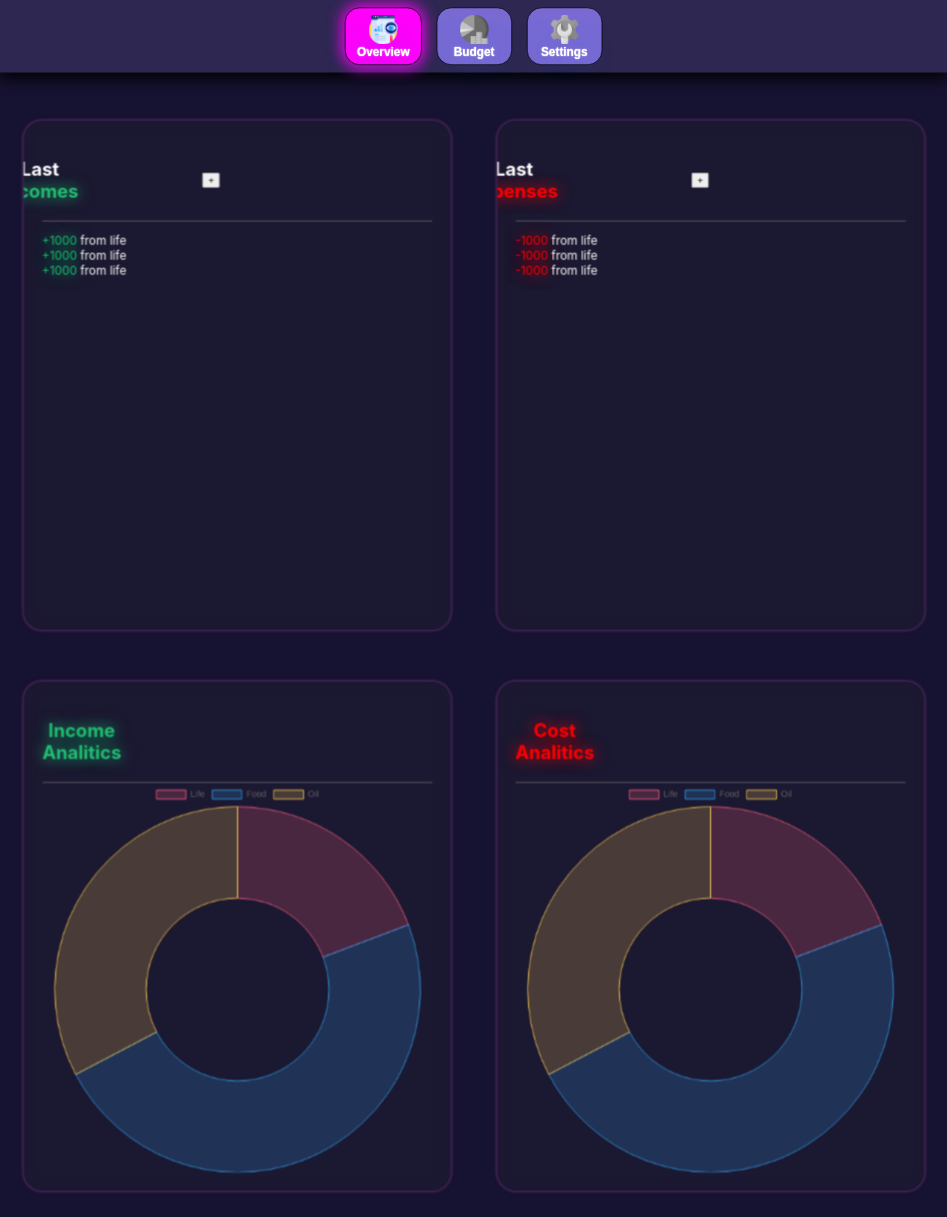
Repository: Minkeani/Money-Manager
Page: /Overview
An editor plug-in stored every save of this project. The page is shown before and after the next save, followed by the edit.
The browser window is 1280 px wide. The pictures show the whole page, at 74% of full size.
The project was rebuilt for these pictures with package versions that can differ from the ones it lists, and the page was loaded fresh each time. Also part of the build but not shown: src/components/Budget/Budget.module.css, src/components/Budget/Budget.jsx, src/components/Settings/Settings.jsx, src/components/NotFound/NotFound.module.css, src/components/NotFound/NotFound.jsx.

Above is the page before, as saved 2022-07-17 18:28:15.

### src/index.js
import React from 'react';
import ReactDOM from 'react-dom/client';
import './styles/index.css'
import App from './App';

const root = ReactDOM.createRoot(document.getElementById('root'));
root.render(
    <App />
);

### src/styles/index.css
:root {
  --color-theme: #161231;
	--color-white: #fff;
	--color-black: #000;
	--color-dark-gray: #10100e;
	--color-yellow: #ffff00;
	--color-blue: #6884fb;
	--color-red: #f75d83;
	--font-bold: 600;
	--color-violet: #ae72c2;
	--text-shadow-yellow:
		0 0 2px var(--color-white),
		0 0 40px var(--color-blue);

	--spacing-medium: 20px;

	--spacing-small: 10px;

	--spacing-ultra-small: 5px;

	--spacing-large: 30px;

	--font-family-main: sans-serif;

	--border-radius-small: 3px;

	--border-radius-medium: 5px;

	--margin-list: 7px;

	--font-size-main: 16px;

	--font-size-header: 26px;

	--font-size-subheader: 18px;

	/* Theme */
	--theme-light-header: #dfe2df;

	--theme-dark-header: #ca6ca6;

	--theme-neitral-header: #cccc46;

	--theme-default-header: var(--theme-neitral-header);

	--transition: .4s;

	--theme-light-bg-img: linear-gradient(to top, #b7b7b7, #a396b0, #9a72a0, #984986, #960062);

	--theme-dark-bg-img:  linear-gradient(to top, #6a2b60, #532143, #3b192b, #221118, #000000);

	--width-max: 1200px

}
body {
  margin: 0;
	padding: 0;
	background-color: var(--color-theme);
  font-family: -apple-system, BlinkMacSystemFont, 'Segoe UI', 'Roboto', 'Oxygen',
    'Ubuntu', 'Cantarell', 'Fira Sans', 'Droid Sans', 'Helvetica Neue',
    sans-serif;
  -webkit-font-smoothing: antialiased;
  -moz-osx-font-smoothing: grayscale;
}

code {
  font-family: source-code-pro, Menlo, Monaco, Consolas, 'Courier New',
    monospace;
}

### src/App.js
import styles from './App.module.css';
import Header from './components/Header/Header';
import RoutesConfig from './routes/RoutesConfig';
import { Routes, Route, BrowserRouter, Router } from 'react-router-dom';

function App() {
  return (
    <div className={styles.App}>
      <BrowserRouter>
        <div className={styles.wrapper}>
          <Header/>
            <Routes>
              {RoutesConfig.map((route, index) => (
                <Route
                  key={index}
                  exact={route.exact}
                  element={<route.element/>}
                  path={route.path}
                />
              ))}
            </Routes>
        </div>
      </BrowserRouter>
    </div>
  );
}

export default App;

### src/App.module.css
.App {
  text-align: center;
  display: flex;
  justify-content: center;
  align-items: center;
  margin: 0 auto;
}

.App-logo {
  height: 40vmin;
  pointer-events: none;
}

.wrapper {
  width: 100%;
}

@media (prefers-reduced-motion: no-preference) {
  .App-logo {
    animation: App-logo-spin infinite 20s linear;
  }
}

.App-header {
  background-color: #282c34;
  min-height: 100vh;
  display: flex;
  flex-direction: column;
  align-items: center;
  justify-content: center;
  font-size: calc(10px + 2vmin);
  color: white;
}

.App-link {
  color: #61dafb;
}

@keyframes App-logo-spin {
  from {
    transform: rotate(0deg);
  }
  to {
    transform: rotate(360deg);
  }
}

### src/components/Header/Header.jsx
import React, {useState} from 'react'
import styles from './Header.module.scss'
import { Link } from 'react-router-dom';
import Budget from '../../icons/budget.svg'
import overview from '../../icons/Overview.svg'
import settings from '../../icons/settings.svg'
import { motion } from "framer-motion";


export default function Header() {
  const [active, setActive] = useState(1)

  const HeaderAnimation = {
    hidden: {
      y: 100,
      opacity: 0
    },
    visible: custom => ({
      y: 0,
      opacity: 1,
      transition: {delay: custom * 0.2}
    })
  };


  return (
    <motion.div
      initial="hidden"
      whileInView="visible"
      viewport={{ amount: 0.3, once: true }}
      variants={HeaderAnimation}
      className={styles.container}>
    <ul className={styles.list__container}>
        <li
          onClick={() => setActive(1)}
          className={active === 1 ? styles.active : ''}
        >
            <Link to='/Overview' exact='true' >
                 <img src={overview} alt="" />
                Overview</Link>
        </li>
        <li
          onClick={() => setActive(2)}
          className={active === 2 ? styles.active : ''}
          >
            <Link to='/Budget' exact='true' >
               <img src={Budget} alt="" />
              Budget</Link></li>
        <li
           onClick={() => setActive(3)}
           className={active === 3 ? styles.active : ''}
          >
            <Link to="/Settings" exact='true'>
              <img src={settings} alt="" />
              Settings</Link></li>
    </ul>

    </motion.div>
  )
}

### src/routes/RoutesConfig.js
import Budget from "../components/Budget/Budget"
import Overview from "../components/Overview/Overview"
import Settings from "../components/Settings/Settings"
import NotFound from "../components/NotFound/NotFound"

const RoutesConfig = [
    {
        path: '/Budget',
        exact: true,
        element: Budget
    },
    {
        path: '/Overview',
        exact: true,
        element: Overview
    },
    {
        path: '/Settings',
        exact: true,
        element: Settings
    }, {
        path: '/NotFound',
        exact: true,
        element: NotFound
    },

]

export default RoutesConfig

### src/components/Header/Header.module.scss
.container {
    display: flex;
    align-items: center;
    justify-content: center;
    margin-bottom: var(--spacing-large);
    background-color: #2d2751;
    width: 100%;
    box-shadow: 0px 7px 20px 2px ;
}
.list__container {
    display: flex;
    flex-wrap: wrap;
    margin: 0;
    padding: 0;
    list-style-type: none;
}

.list__container li {
    background-color: #7869d3;
    flex-direction: column;
    border: 1px solid black;
    margin: 10px;
    border-radius: 20px;
    cursor: pointer
}

.list__container li:hover {
    background-color: #dd6edb;

}



.list__container a {
    display: flex;
    align-items: center;
    flex-direction: column;
    margin: 0 10px;
    padding: 5px 3px;
    min-width: 70px;
    border: 2px solid transparent;
    border-radius: var(--border-radius-small);
    color: var(--color-white);
    text-align: center;
    font-family: var(--font-family-main);
    text-decoration: none;
    font-weight: var(--font-bold);
    text-shadow: var(--text-shadow-yellow);
    transition: var(--transition);
}

.list__container .active {
    background-color: #ff00fa;
    box-shadow: 0 0 20px 3px #ff00fa;
     img {
        filter: grayscale(0);
    }

}



.list__container img {
    height: 2.5rem;
    margin: 0.1375rem;
    width: 2.5rem;
    filter: grayscale(1);
}
.list__container :global(a.active) {
    border: 2px solid var(--color-violet);
    color: var(--color-violet);
    text-shadow: none;
}

.logo {
    width: 60px;
    height: 60px;
    margin-right: var(--spacing-large);
    object-fit: cover;
    object-position: center center;
}

@media (max-width: 365px) {
    .list__container a {
        min-width: 65px;
    }
  }

### src/components/Overview/Overview.jsx
import React from 'react'
import OverviewBlock from '../OverviewBlocks/OverviewBlock/OverviewBlock'
import styles from './Overview.module.css'
import Charts from '../OverviewBlocks/OverviewCharts/Charts'

// const [blocks, setBlocks] = useState([
//   {type: 'Incomes', sign: '+', classes: 'money', array:  [{money: 1000, category: 'life'}, {money: 1000, category: 'life'}, {money: 1000, category: 'life'}]},
//   {type: 'Expenses', sign: '-', classes: 'Remoney', array:  [{money: 1000, category: 'life'}, {money: 1000, category: 'life'}, {money: 1000, category: 'life'}]}
// ])

export const data = [ {
  labels: ['Life', 'Food', 'Oil'],
  type: 'Incomes',
  Analitic: 'Income',
  sign: '+',
  classes: 'money',
  datasets: [
    {
      label: '# of Votes',
      data: [1000, 2500, 1700],
      backgroundColor: [
        'rgba(255, 99, 132, 0.2)',
        'rgba(54, 162, 235, 0.2)',
        'rgba(255, 206, 86, 0.2)',
        'rgba(75, 192, 192, 0.2)',
        'rgba(153, 102, 255, 0.2)',
        'rgba(255, 159, 64, 0.2)',
      ],
      borderColor: [
        'rgba(255, 99, 132, 1)',
        'rgba(54, 162, 235, 1)',
        'rgba(255, 206, 86, 1)',
        'rgba(75, 192, 192, 1)',
        'rgba(153, 102, 255, 1)',
        'rgba(255, 159, 64, 1)',
      ],
      borderWidth: 1,
    },
  ],
},
{
  labels: ['Life', 'Food', 'Oil'],
  type: 'Expenses',
  Analitic: 'Сost',
  sign: '-',
  classes: 'Remoney',
  datasets: [
    {
      label: '# of Votes',
      data: [1000, 2500, 1700],
      backgroundColor: [
        'rgba(255, 99, 132, 0.2)',
        'rgba(54, 162, 235, 0.2)',
        'rgba(255, 206, 86, 0.2)',
        'rgba(75, 192, 192, 0.2)',
        'rgba(153, 102, 255, 0.2)',
        'rgba(255, 159, 64, 0.2)',
      ],
      borderColor: [
        'rgba(255, 99, 132, 1)',
        'rgba(54, 162, 235, 1)',
        'rgba(255, 206, 86, 1)',
        'rgba(75, 192, 192, 1)',
        'rgba(153, 102, 255, 1)',
        'rgba(255, 159, 64, 1)',
      ],
      borderWidth: 1,
    },
  ],
}
]

export default function Overview() {
  return (
    <div className={styles.container}>
      <OverviewBlock/>
      <Charts/>
    </div>
  )
}

### src/components/OverviewBlocks/OverviewBlock/OverviewBlock.jsx
import React, {useState} from 'react';
import styles from './Overview.module.css'

const OverviewBlock = () => {
    const [blocks, setBlocks] = useState([
        {type: 'Incomes', sign: '+', classes: 'money', array:  [{money: 1000, category: 'life'}, {money: 1000, category: 'life'}, {money: 1000, category: 'life'}]},
        {type: 'Expenses', sign: '-', classes: 'Remoney', array:  [{money: 1000, category: 'life'}, {money: 1000, category: 'life'}, {money: 1000, category: 'life'}]}
])

    return (
        <>
            {blocks.map(({type, sign, classes, array}) => (
                    <div className={styles.container}>
                        <div className={styles.headerCont}>
                            <h3 className={styles.title}>Last <span className={classes === 'money' ? styles.money : styles.Remoney}>{type}</span></h3>
                            <button>+</button>
                        </div>

                        <div className={styles.dilivar}></div>
                            <ul className={styles.list}>
                                    {array.map(({money, category}) => (
                                        <li><span className={classes === 'money' ? styles.money : styles.Remoney}>{sign}{money}</span> from <span>{category}</span></li>
                                    ))}
                            </ul>
                        </div>
            )
            )}

        </>
    );
}

export default OverviewBlock;

### src/components/Overview/Overview.module.css
.container {
    display: grid;
    grid-template-columns: 1fr 1fr;
    grid-template-rows: 1fr 1fr;
    padding: 10px;
    gap: 20px 20px;
    justify-items: center;
}

@media (max-width: 900px) {
    .container  {
        grid-template-columns: 1fr;
        grid-template-rows: 1fr 1fr;
    }
  }

### src/components/OverviewBlocks/OverviewCharts/Charts.jsx
import React, {useEffect} from 'react'
import styles from '../OverviewBlock/Overview.module.css'
import { Chart as ChartJS, ArcElement, Tooltip, Legend } from 'chart.js';
import { Doughnut } from 'react-chartjs-2';
import {data} from '../../Overview/Overview'

ChartJS.register(ArcElement, Tooltip, Legend);


export default function Charts() {



  return (
    <>
        {data.map( (item) => (
            <div className={styles.container}>
                <h3 className={styles.title}><span className={item.classes === 'money' ? styles.money : styles.Remoney}>{item.Analitic} Analitics</span></h3>
                <div className={styles.dilivar}></div>
                <Doughnut data={item} />
            </div>
        ))}

    </>
  )
}

### src/components/OverviewBlocks/OverviewBlock/Overview.module.css
.container {
    display: flex;
    flex-direction: column;
    align-items: start;
    overflow-y: auto;
    border-radius: 1.5625rem;
    width: 85%;
    padding: 25px;
    margin: 25px;
    background: rgba(50, 50, 50, 0.2);
    backdrop-filter: blur(10px);
    box-shadow: 0 0 5px 0px #8e4a8e;
    color: white;
}

.headerCont {
    display: flex;
    align-items: center;
    justify-content: center;

}

.title {
    color: #fff;
    font-size: 1.5625rem;
    margin-right: 90%;
}

.dilivar {
    background-color: #707175;
    height: 1px;
    width: 100%;
}

.money {
    color: #21bf73;
    text-shadow: 0 0 20px #21bf73;
}

.Remoney {
    color: red;
    text-shadow: 0 0 20px red;
}

.list {
    list-style-type: none;
    padding: 0;
}

Loaded but not shown: public/index.html (common file)

After the next save:
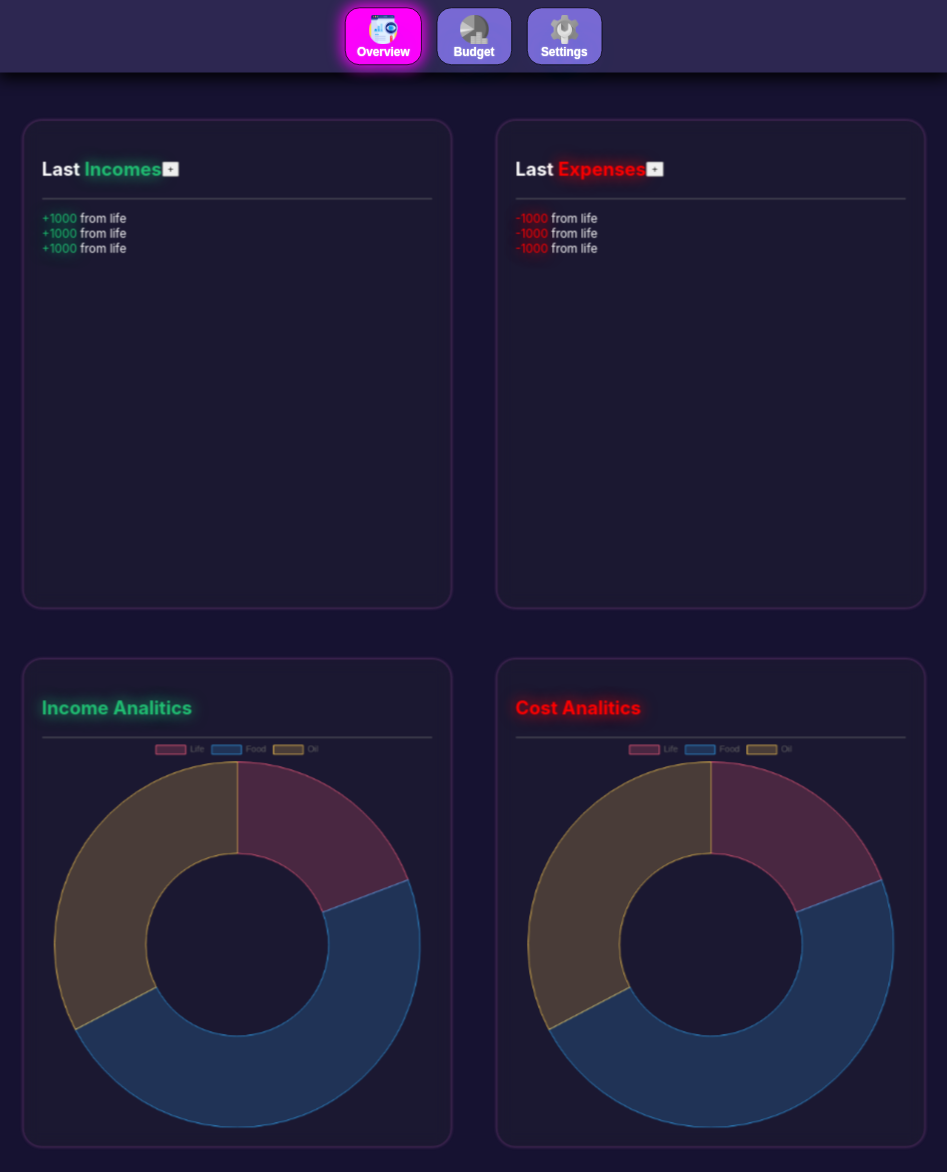
Saved 3 min 3 s later.
--- a/src/components/OverviewBlocks/OverviewBlock/Overview.module.css
+++ b/src/components/OverviewBlocks/OverviewBlock/Overview.module.css
@@ -23,7 +23,6 @@
 .title {
     color: #fff;
     font-size: 1.5625rem;
-    margin-right: 90%;
 }
 
 .dilivar {
